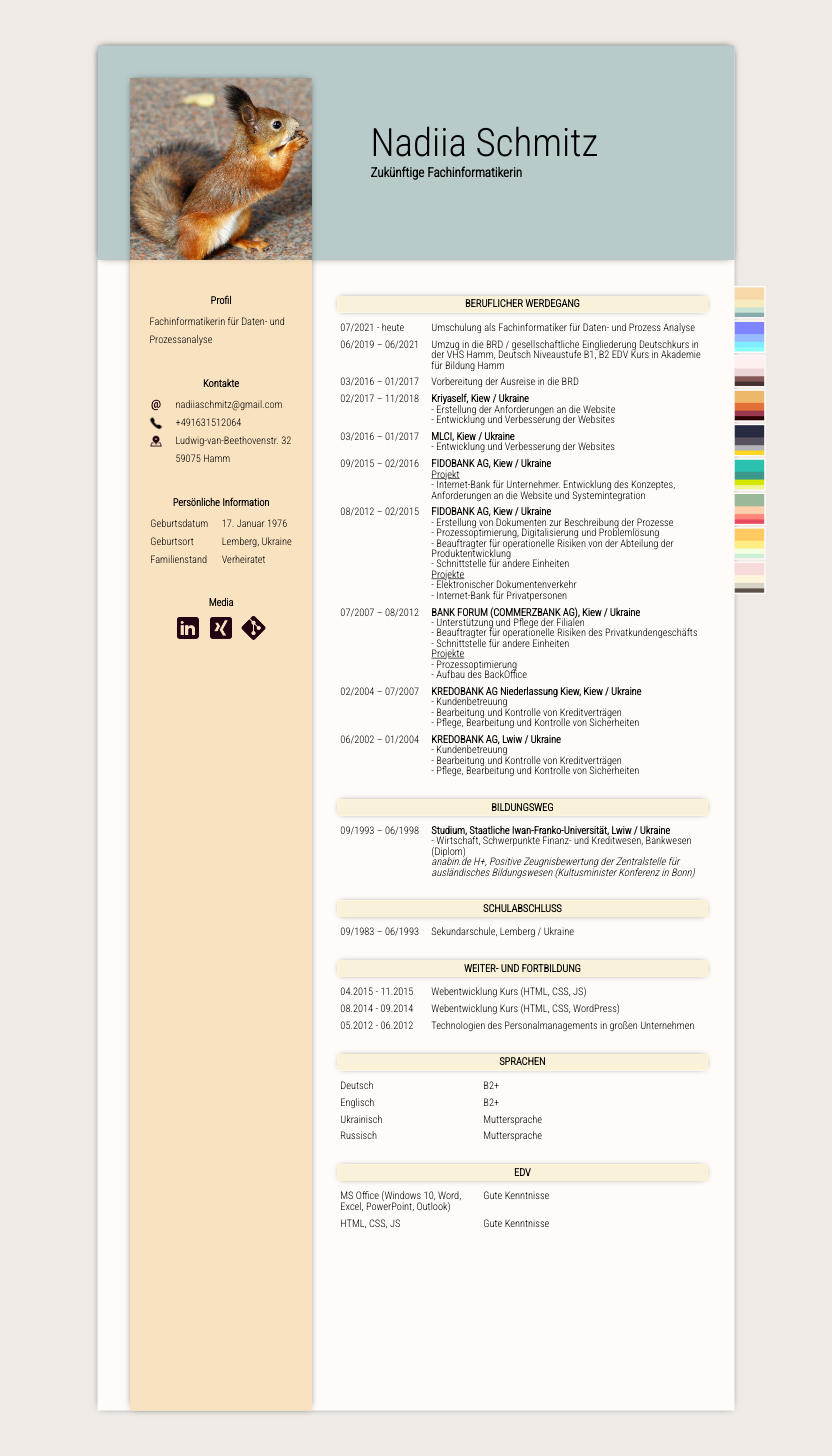
Repository: NadiaSchmitz/lebenslauf.nschmitz.githab.io
Page: index.html
The author's editor kept a record of every edit. The page is drawn from the files as they stood at one moment, then again after the next edit.
The browser window is 1280 px wide. The pictures show the whole page, at 65% of full size.

Above is the page before.

After the next edit:
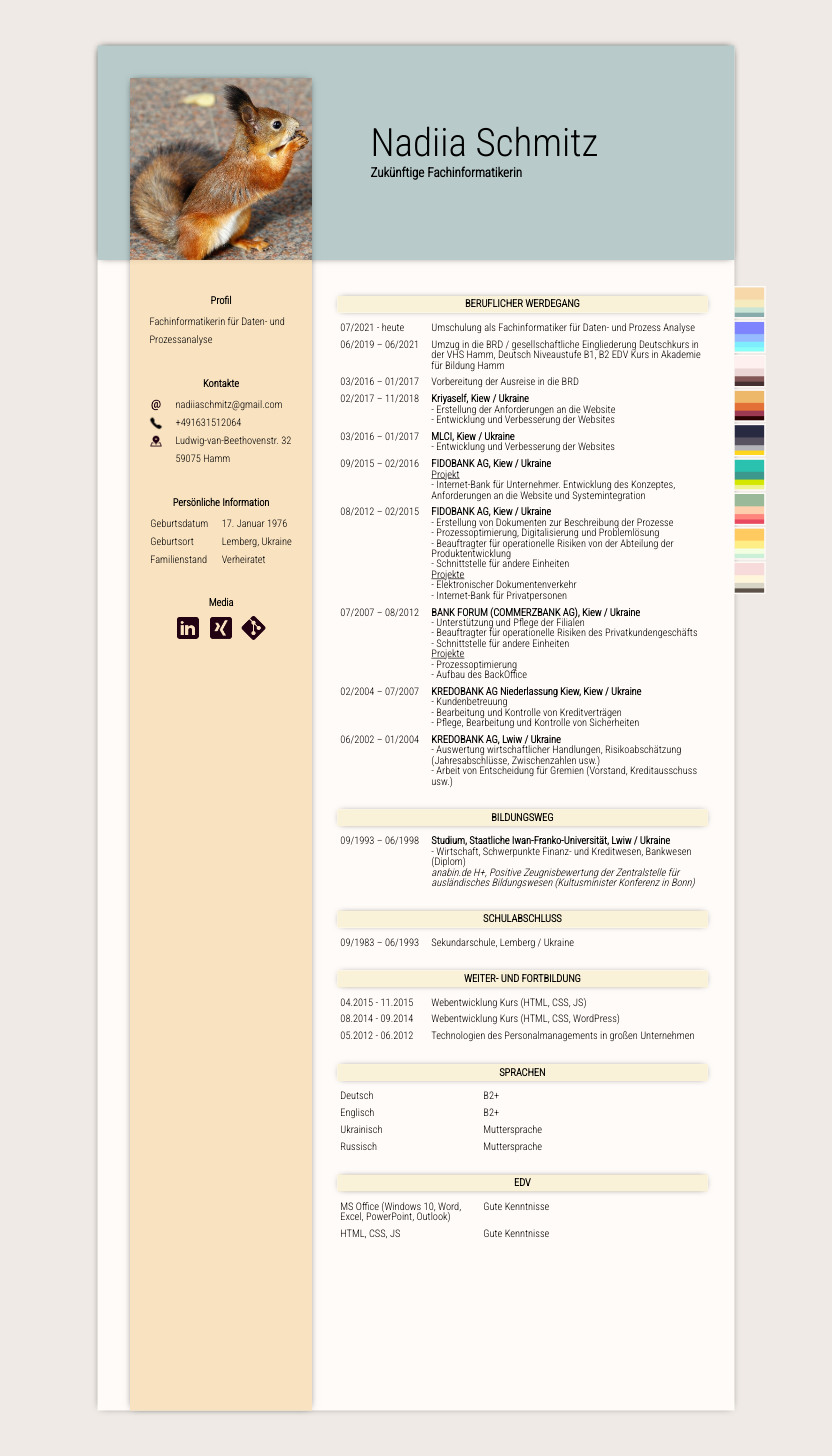
The edit:
--- a/index.html
+++ b/index.html
@@ -193,9 +193,8 @@
                     <td>
                       <span class="employer">KREDOBANK AG, Lwiw / Ukraine</span>
                       <ul>
-                        <li>-	Kundenbetreuung</li>
-                        <li>-	Bearbeitung und Kontrolle von Kreditverträgen</li>
-                        <li>-	Pflege, Bearbeitung und Kontrolle von Sicherheiten</li>
+                        <li>-	Auswertung wirtschaftlicher Handlungen, Risikoabschätzung (Jahresabschlüsse, Zwischenzahlen usw.)</li>
+                        <li>-	Arbeit von Entscheidung für Gremien (Vorstand, Kreditausschuss usw.)</li>
                       </ul>
                     </td>
                   </tr>
